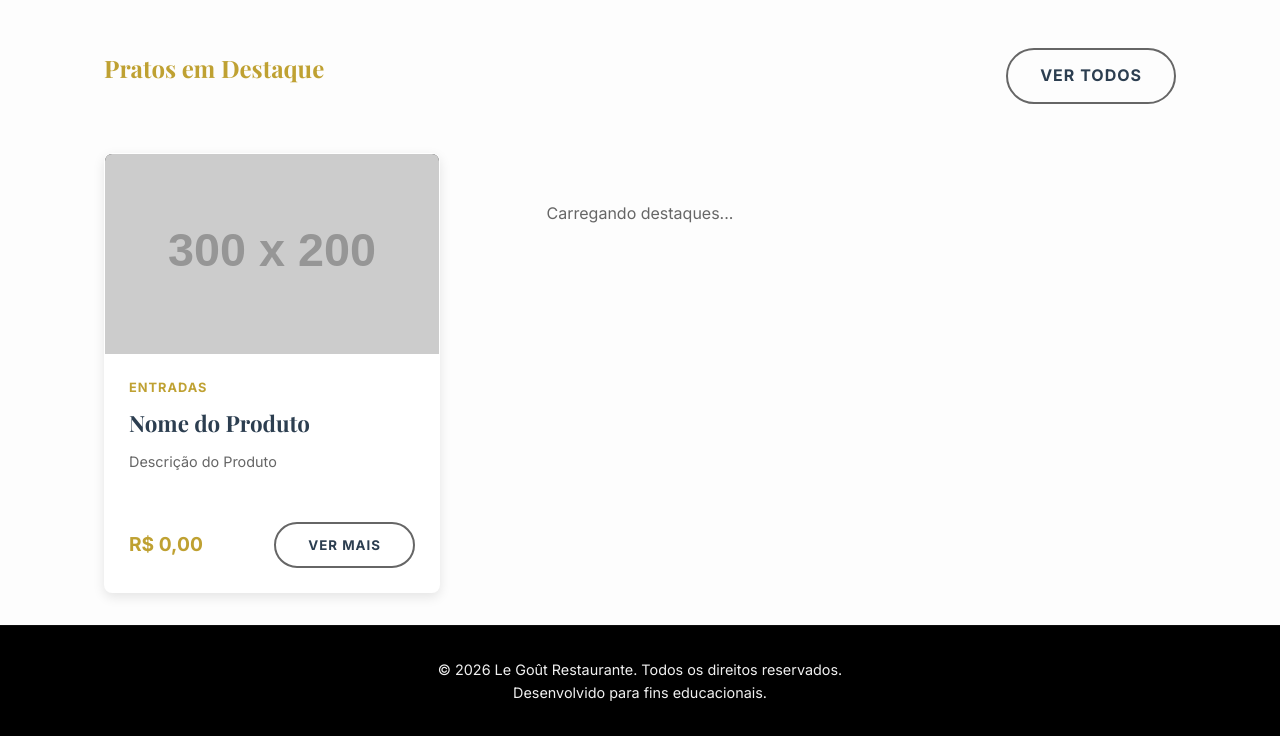
Repository: Dudazabel/CorrecaoProvaJS
Page: index.html
An editor plug-in stored every save of this project. The page is shown before and after a run of saves, followed by the edit.
The browser window is 1280 px wide. The pictures show the part of the page from y = 481 to 1217 px (the page is 1217 px tall before and 802 px after).
The page's requests for data from a server got no answer.

Above is the page before, as saved 2026-04-16 15:24:50.
Console error: SyntaxError: Unexpected token ')'

### index.html
<!DOCTYPE html>
<html lang="pt-BR">

<head>
    <meta charset="UTF-8">
    <meta name="viewport" content="width=device-width, initial-scale=1.0">
    <title>Le Goût - Restaurante Sofisticado</title>
    <!-- Fonts -->
    <link rel="preconnect" href="https://fonts.googleapis.com">
    <link rel="preconnect" href="https://fonts.gstatic.com" crossorigin>
    <link href="https://fonts.googleapis.com/css2?family=Inter:wght@400;500;700&family=Playfair+Display:wght@400;700&display=swap" rel="stylesheet">
    <!-- Styles -->
    <link rel="stylesheet" href="style.css">
    <!-- FontAwesome for Icons -->
    <link rel="stylesheet" href="https://cdnjs.cloudflare.com/ajax/libs/font-awesome/6.0.0/css/all.min.css">
</head>

<body>
    <header>
        <div class="logo">Le Goût</div>
        <nav>
            <ul>
                <li><a href="menu.html">Cardápio</a></li>
            </ul>
        </nav>
    </header>

    <main>
        <section class="hero">
            <h1>Sabor Inesquecível</h1>
            <p>Descubra a harmonia perfeita entre a culinária clássica e a inovação moderna em cada prato.</p>
            <a href="menu.html" class="btn">Ver Cardápio Completo</a>
        </section>

        <section id="secao-destaques">
            <div class="section-header">
                <h2>Pratos em Destaque</h2>
                <a href="menu.html" class="btn btn-secondary">Ver Todos</a>
            </div>

            <div id="destaques-showcase" class="grid">
                <!-- Conteúdo carregado via JS -->
                <div class="card" onclick="window.location.href='detail.html?id=${product.id}'" style="cursor: pointer">
                    <img src="https://placehold.co/300x200?text=Sem+Imagem" alt="Nome do Produto" class="card-image" onerror="this.src='https://placehold.co/300x200?text=Sem+Imagem'">
                    <div class="card-body">
                        <span class="card-category text-muted">Entradas</span>
                        <h3 class="card-title">Nome do Produto</h3>
                        <p class="card-desc">Descrição do Produto</p>
                        <div class="card-footer">
                            <span class="price">R$ 0,00</span>
                            <button class="btn btn-secondary" onclick="event.stopPropagation(); window.location.href='detail.html?id=${product.id}'">
                                Ver Mais
                            </button>
                        </div>
                    </div>
                </div>

                <div class="loading">Carregando destaques...</div>
            </div>
        </section>
    </main>

    <footer>
        <p>&copy; 2026 Le Goût Restaurante. Todos os direitos reservados.</p>
        <p>Desenvolvido para fins educacionais.</p>
    </footer>
    <script src="/app.js"></script>
    <script>
        // Specific init for Home page
        document.addEventListener('DOMContentLoaded', () => {
            loadFeaturedProducts();
        });
    </script>
</body>

</html>

### style.css
/* Global Styles */
:root {
    /* Light Theme as Default */
    --primary-color: #bfa132; /* Slightly darker gold for white bg */
    --secondary-color: #f0f0f0;
    --background-color: #fdfdfd;
    --card-background: #ffffff;
    --text-color: #2c3e50;
    --text-muted: #666666;
    --accent-color: #e74c3c;
    --success-color: #27ae60;
    --border-radius: 8px;
    --shadow: 0 4px 12px rgba(0, 0, 0, 0.1);
    --transition: all 0.3s ease;
    --font-heading: 'Playfair Display', serif;
    --font-body: 'Inter', sans-serif;
}


* {
    box-sizing: border-box;
    margin: 0;
    padding: 0;
}

body {
    background-color: var(--background-color);
    color: var(--text-color);
    font-family: var(--font-body);
    line-height: 1.6;
    display: flex;
    flex-direction: column;
    min-height: 100vh;
}

h1, h2, h3, h4, h5, h6 {
    font-family: var(--font-heading);
    color: var(--primary-color);
    margin-bottom: 1rem;
}

a {
    text-decoration: none;
    color: inherit;
    transition: var(--transition);
}

ul {
    list-style: none;
}

img {
    max-width: 100%;
    display: block;
}

button {
    cursor: pointer;
    font-family: var(--font-body);
    border: none;
    outline: none;
}

/* Header & Navigation */
header {
    background-color: rgba(30, 30, 30, 0.95);
    padding: 1rem 5%;
    position: sticky;
    top: 0;
    z-index: 1000;
    backdrop-filter: blur(10px);
    box-shadow: 0 2px 10px rgba(0,0,0,0.3);
    display: flex;
    justify-content: space-between;
    align-items: center;
}

.logo {
    font-family: var(--font-heading);
    font-size: 1.8rem;
    font-weight: bold;
    color: var(--primary-color);
}

nav ul {
    display: flex;
    gap: 2rem;
}

nav a {
    font-weight: 500;
    position: relative;
    color: var(--secondary-color);
}

nav a:hover, nav a.active {
    color: var(--secondary-color);
}

nav a::after {
    content: '';
    position: absolute;
    width: 0;
    height: 2px;
    bottom: -4px;
    left: 0;
    background-color: var(--primary-color);
    transition: var(--transition);
}

nav a:hover::after, nav a.active::after {
    width: 100%;
}

/* Main Content */
main {
    flex: 1;
    padding: 2rem 5%;
    width: 100%;
    max-width: 1200px;
    margin: 0 auto;
}

/* Hero Section (Home) */
.hero {
    text-align: center;
    padding: 4rem 0;
    background: linear-gradient(rgba(0,0,0,0.6), rgba(0,0,0,0.6)), url('https://images.unsplash.com/photo-1514933651103-005eec06c04b?ixlib=rb-1.2.1&auto=format&fit=crop&w=1934&q=80');
    background-size: cover;
    background-position: center;
    border-radius: var(--border-radius);
    margin-bottom: 3rem;
    border: 1px solid rgba(212, 175, 55, 0.3);
}

.hero h1 {
    font-size: 3rem;
    margin-bottom: 1rem;
    color: #fff;
    text-shadow: 2px 2px 4px rgba(0,0,0,0.5);
}

.hero p {
    font-size: 1.2rem;
    margin-bottom: 2rem;
    color: #ddd;
    max-width: 600px;
    margin-left: auto;
    margin-right: auto;
}

.btn {
    display: inline-block;
    padding: 0.8rem 2rem;
    background-color: var(--primary-color);
    color: var(--secondary-color);
    font-weight: bold;
    border-radius: 50px;
    text-transform: uppercase;
    letter-spacing: 1px;
    transition: var(--transition);
    border: 2px solid var(--primary-color);
}

.btn:hover {
    background-color: transparent;
    color: var(--primary-color);
    transform: translateY(-3px);
    box-shadow: 0 5px 15px rgba(212, 175, 55, 0.3);
}

.btn-secondary {
    background-color: transparent;
    border: 2px solid var(--text-muted);
    color: var(--text-color);
}

.btn-secondary:hover {
    border-color: var(--text-color);
    background-color: rgba(255,255,255,0.1);
}

.btn-danger {
    background-color: var(--accent-color);
    border-color: var(--accent-color);
    color: white;
}

.btn-danger:hover {
    background-color: #c0392b;
}

/* Section Headers */
.section-header {
    margin-bottom: 2rem;
    display: flex;
    justify-content: space-between;
    align-items: center;
    border-bottom: 1px solid rgba(255,255,255,0.1);
    padding-bottom: 1rem;
}

/* Grid Layouts */
.grid {
    display: grid;
    grid-template-columns: repeat(auto-fill, minmax(300px, 1fr));
    gap: 2rem;
}

/* Product Card */
.card {
    background-color: var(--card-background);
    border-radius: var(--border-radius);
    overflow: hidden;
    box-shadow: var(--shadow);
    transition: var(--transition);
    border: 1px solid rgba(255,255,255,0.05);
    display: flex;
    flex-direction: column;
}

.card:hover {
    transform: translateY(-5px);
    box-shadow: 0 10px 20px rgba(0,0,0,0.4);
    border-color: var(--primary-color);
}

.card-image {
    width: 100%;
    height: 200px;
    object-fit: cover;
    background-color: #333;
}

.card-body {
    padding: 1.5rem;
    flex: 1;
    display: flex;
    flex-direction: column;
}

.card-category {
    font-size: 0.8rem;
    color: var(--primary-color);
    text-transform: uppercase;
    letter-spacing: 1px;
    margin-bottom: 0.5rem;
    font-weight: bold;
}

.card-title {
    font-size: 1.4rem;
    margin-bottom: 0.5rem;
    color: var(--text-color);
}

.card-desc {
    color: var(--text-muted);
    font-size: 0.9rem;
    margin-bottom: 1rem;
    flex: 1;
    display: -webkit-box;
    -webkit-line-clamp: 3;
    -webkit-box-orient: vertical;
    overflow: hidden;
}

.card-footer {
    display: flex;
    justify-content: space-between;
    align-items: center;
    margin-top: 1rem;
    padding-top: 1rem;
    border-top: 1px solid rgba(255,255,255,0.1);
}

.price {
    font-size: 1.2rem;
    font-weight: bold;
    color: var(--primary-color);
}

/* Filters */
.filters {
    display: flex;
    gap: 1rem;
    margin-bottom: 2rem;
    flex-wrap: wrap;
    justify-content: center;
}

.filter-btn {
    padding: 0.5rem 1.5rem;
    background-color: transparent;
    border: 1px solid var(--text-muted);
    color: var(--text-muted);
    border-radius: 50px;
    transition: var(--transition);
}

.filter-btn:hover, .filter-btn.active {
    background-color: var(--primary-color);
    color: var(--secondary-color);
    border-color: var(--primary-color);
}

/* Details Page */
.detail-container {
    display: flex;
    gap: 3rem;
    background-color: var(--card-background);
    padding: 2rem;
    border-radius: var(--border-radius);
    box-shadow: var(--shadow);
    align-items: center;
}

.detail-image {
    width: 50%;
    border-radius: var(--border-radius);
    max-height: 500px;
    object-fit: cover;
}
.detail-info {
    width: 50%;
}
.detail-price {
    font-size: 2rem;
    color: var(--primary-color);
    margin: 1.5rem 0;
    font-weight: bold;
}
.badge {
    display: inline-block;
    padding: 0.3rem 0.8rem;
    background-color: var(--primary-color);
    color: var(--secondary-color);
    border-radius: 4px;
    font-size: 0.8rem;
    font-weight: bold;
    text-transform: uppercase;
}

/* Admin/Form */
.form-container {
    background-color: var(--card-background);
    padding: 2rem;
    border-radius: var(--border-radius);
    max-width: 600px;
    margin: 0 auto 3rem auto;
}

.form-group {
    margin-bottom: 1.5rem;
}

.form-group label {
    display: block;
    margin-bottom: 0.5rem;
    color: var(--text-muted);
}

.form-control {
    width: 100%;
    padding: 0.8rem;
    background-color: rgba(255,255,255,0.05);
    border: 1px solid rgba(255,255,255,0.1);
    border-radius: 4px;
    color: var(--text-color);
    font-family: var(--font-body);
}

.form-control:focus {
    border-color: var(--primary-color);
    outline: none;
    background-color: rgba(255,255,255,0.1);
}

table {
    width: 100%;
    border-collapse: collapse;
    background-color: var(--card-background);
    border-radius: var(--border-radius);
    overflow: hidden;
}

th, td {
    padding: 1rem;
    text-align: left;
    border-bottom: 1px solid rgba(255,255,255,0.1);
}

th {
    background-color: rgba(212, 175, 55, 0.1);
    color: var(--primary-color);
    font-weight: bold;
}

tr:hover {
    background-color: rgba(255,255,255,0.02);
}

.action-btn {
    padding: 0.4rem 0.8rem;
    border-radius: 4px;
    font-size: 0.8rem;
    margin-right: 0.5rem;
}

/* Footer */
footer {
    background-color: #000;
    padding: 2rem 5%;
    text-align: center;
    color: var(--secondary-color);
    font-size: 0.9rem;
    border-top: 1px solid rgba(255,255,255,0.05);
    margin-top: auto;
}

/* Loading/Error States */
.loading {
    text-align: center;
    padding: 3rem;
    color: var(--text-muted);
}
.error-msg {
    color: var(--accent-color);
    text-align: center;
    padding: 2rem;
    border: 1px solid var(--accent-color);
    border-radius: var(--border-radius);
    background-color: rgba(231, 76, 60, 0.1);
}

/* Responsive */
@media (max-width: 768px) {
    .detail-container {
        flex-direction: column;
    }
    .detail-image, .detail-info {
        width: 100%;
    }
    .hero h1 {
        font-size: 2rem;
    }
    nav ul {
        flex-direction: column;
        gap: 1rem;
        display: none; /* Mobile menu hidden by default - simplified for this demo */
    }
    .grid {
        grid-template-columns: 1fr;
    }
}

### app.js
document.addEventListener("DOMContentLoaded", () => {
    const page = window.location.pathname;

    if(page.includes("index.html") || page === "/"){
        buscarPratos()
    }
    if(page.includes("detail.html")){
        detalhesPratos()
        sugestao()
    }
    if (page.includes("menu.html")){
        listarPratos()
    }

    async function buscarPratos(){
        const sessao = document.getElementById("destaques-showcase");

        try{
            const resposta = await fetch(`https://api-restaurante-5iqb.onrender.com/api/produtos`)
            const listarPratos = await resposta.json();

            sessao.innerHTML = "";

            listarPratos
            .filter(prato => prato.destacado)
            .sort((a, b) => a.preco - b.preco)
            .slice(0,6)
            .forEach(prato =>{
                if(prato.destacado === true){
                     sessao.innerHTML +=
                        `<div class="card" onclick="window.location.href='detail.html?id=${prato.id}'" style="cursor: pointer">
                            <img src="${prato.imagem}" alt="${prato.nome}" class="card-image" onerror="this.src='https://placehold.co/300x200?text=Sem+Imagem'">
                            <div class="card-body">
                                <span class="card-category text-muted">${prato.categoria}</span>
                                <h3 class="card-title">${prato.nome}</h3>
                                <p class="card-desc">${prato.descricao}</p>
                                <div class="card-footer">
                                    <span class="price">R$ ${prato.preco.toFixed(2)}</span>
                                    <button class="btn btn-secondary" onclick="event.stopPropagation(); window.location.href='detail.html?id=${prato.id}'">
                                        Ver Mais
                                    </button>
                                </div>
                            </div>
                        </div>`
                }
            });
        }catch(error){
            sessao.innerHTML = "<p>Erro ao carregar pratos!</p>";
        }
    }

    async function listarPratos(){
        const sessao = document.getElementById("catalogo-wrapper");

        try{
            const resposta = await fetch(`https://api-restaurante-5iqb.onrender.com/api/produtos`)
            const lista = await resposta.json();

            sessao.innerHTML = "";

            const categorias = {};

            lista.forEach(prato =>{

                if(!)

                sessao.innerHTML +=
                    `<div class="bloco-grupo-pratos" style="margin-bottom: 3rem;">

                        <div style="display: flex; justify-content: space-between; align-items: center; border-bottom: 1px solid #333; padding-bottom: 1rem; margin-bottom: 2rem;">
                        <h2>${prato.categoria} <span style="font-size: 1rem; color: #888; font-weight: normal;"> - 2 itens</span></h2>
                        <select class="seletor-ordem" style="padding: 0.5rem; border-radius: 4px; border: 1px solid #444; background-color: #222; color: #fff;">
                            <option value="asc">Menor Preço</option>
                            <option value="desc">Maior Preço</option>
                        </select>
                        </div>
                        <div class="grid">
                        <div class="card" onclick="window.location.href='detail.html?id=${prato.id}'" style="cursor: pointer">
                            <img src="${prato.imagem}" alt="${prato.nome}" class="card-image" onerror="this.src='https://placehold.co/300x200?text=Sem+Imagem'">
                            <div class="card-body">
                            <span class="card-category text-muted">${prato.categoria}</span>
                            <h3 class="card-title">${prato.nome}</h3>
                            <p class="card-desc">${prato.descricao}</p>
                            <div class="card-footer">
                                <span class="price">R$ ${prato.preco}</span>
                                <button class="btn btn-secondary" onclick="event.stopPropagation(); window.location.href='detail.html?id=${prato.id}'">
                                Ver Mais
                                </button>
                            </div>
                            </div>
                        </div>
                        </div>
                    </div>`
            });
        }catch(error){
            sessao.innerHTML = "<p>Erro ao carregar pratos!</p>";
        }
    }

    async function detalhesPratos(){
        const parametro = new URLSearchParams(window.location.search);
        const id = parametro.get("id");
        const sessao = document.getElementById("info-prato-view")

        try{
            const resposta = await fetch(`https://api-restaurante-5iqb.onrender.com/api/produtos/${id}`)
            const prato = await resposta.json();

            sessao.innerHTML =
            `<div class="detail-container">
                <img src="${prato.imagem}" alt="${prato.nome}" class="detail-image" onerror="this.src='https://placehold.co/600x400?text=Sem+Imagem'">
                <div class="detail-info">
                <span class="badge">${prato.categoria}</span>
                <h1 style="margin-top: 1rem; font-size: 2.5rem;">Nome do Produto</h1>
                <p class="detail-price">R$ ${prato.preco.toFixed(2)}</p>
                <p style="font-size: 1.1rem; color: var(--text-muted); margin-bottom: 2rem;">
                    ${prato.descricao}
                </p>
                <p style="color: var(--text-muted); font-size: 0.9rem">ID: ${prato.id}</p>
                <p style="color: var(--primary-color); margin-top: 10px"><i class="fas fa-star"></i> Item em Destaque</p>
                </div>
            </div>`
        }catch(error){
            sessao.innerHTML = "<p>Erro ao buscar descrição!</p>";
        }
    }

    async function sugestao(){
        const parametro = new URLSearchParams(window.location.search);
        console.log(parametro)
        const atual = parametro.get("categoria");
        const sessao = document.getElementById("sugestoes-grid")

        try{
            const resposta = await fetch(`https://api-restaurante-5iqb.onrender.com/api/produtos/categoria/${atual}`)
            const prato = await resposta.json();

            sessao.innerHTML =
            `<div class="card" onclick="window.location.href='detail.html?id=123'" style="cursor: pointer">
                <img src="${prato.imagem}" alt="Nome do Produto" class="card-image" onerror="this.src='https://placehold.co/300x200?text=Sem+Imagem'">
                <div class="card-body">
                <span class="card-category text-muted">${prato.categoria}</span>
                <h3 class="card-title">${prato.nome}</h3>
                <p class="card-desc">${prato.descricao}</p>
                <div class="card-footer">
                    <span class="price">R$ ${prato.preco}</span>
                    <button class="btn btn-secondary" onclick="event.stopPropagation(); window.location.href='detail.html?id=123'">
                    Ver Mais
                    </button>
                </div>
                </div>
            </div>`
        }catch(error){
            sessao.innerHTML = "<p>Erro ao buscar descrição!</p>";
        }
    }

});

After the next 8 saves:
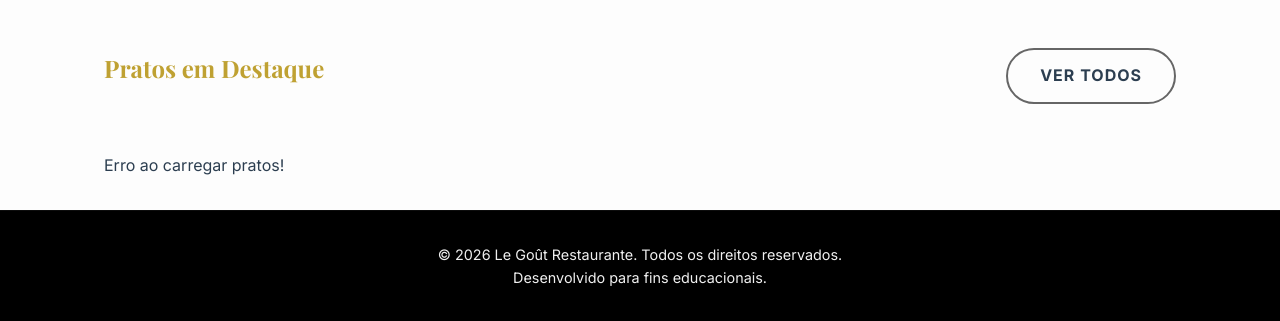
Console error: ReferenceError: loadFeaturedProducts is not defined
The 8 saves are shown as one change because they came seconds apart.
The last was saved 20 s later.
--- a/app.js
+++ b/app.js
@@ -62,7 +62,9 @@ document.addEventListener("DOMContentLoaded", () => {
 
             lista.forEach(prato =>{
 
-                if(!)
+                if(!categorias[prato.categoria]){
+
+                }
 
                 sessao.innerHTML +=
                     `<div class="bloco-grupo-pratos" style="margin-bottom: 3rem;">
